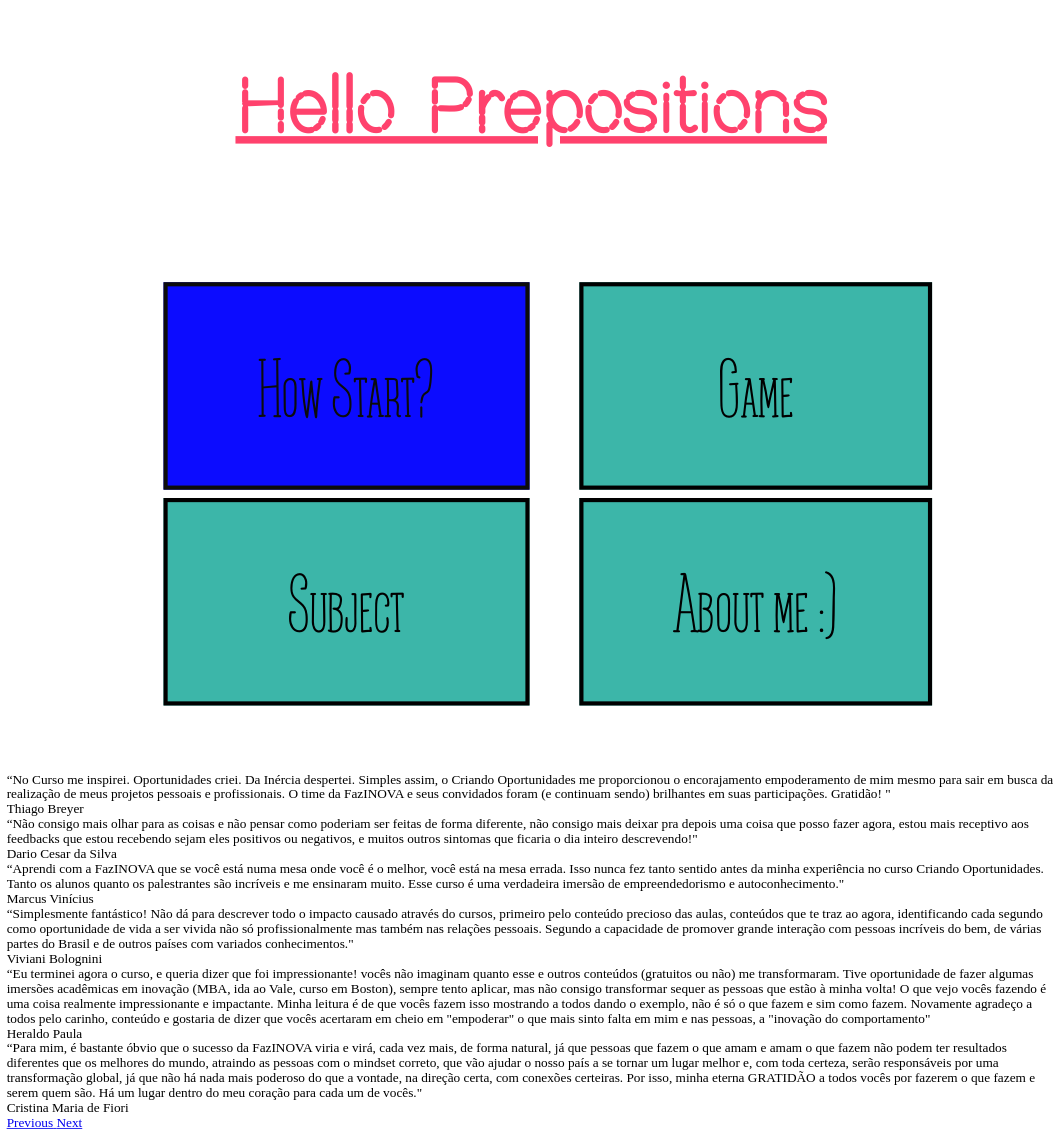
Repository: maraoli/Hello-Prepositions
Page: index.html
The author's editor kept a record of every edit. The page is drawn from the files as they stood at one moment, then again after the next edit.
The browser window is 1280 px wide. The pictures show the whole page, at 83% of full size.
The pointer rests on the first visible `nav ul li`.

Above is the page before.
Console error: ReferenceError: $ is not defined

### index.html
<!DOCTYPE html>
<html>
<head>
    <link rel="stylesheet" type = "text/css" href="style.css"/>
    <script type="text/javascript" src="script.js"></script>
</head>
<body>
    <h1>Hello Prepositions</h1>
    <nav>
        <div id="esquerda">
        <ul>
            <li class="direita">How Start?</li>
            <li>Subject</li>
        </ul>
        </div>
        <div id="direita">
        <ul>
            <li>Game</li>
            <li>About me :)</li>
        </ul>
        </div>
    </nav>

    <div id="carousel-example-generic" class="carousel slide" data-ride="carousel">

        <div class="carousel-inner" role="listbox">
          <div class="item">
            <div class="body">“No Curso me inspirei. Oportunidades criei. Da Inércia despertei. Simples assim, o Criando Oportunidades me proporcionou o encorajamento empoderamento de mim mesmo para sair em busca da realização de meus projetos pessoais e profissionais.  O time da FazINOVA e seus convidados foram (e continuam sendo) brilhantes em suas participações. Gratidão! "</div>
            <div class="name">Thiago Breyer</div>
          </div>
          <div class="item">
            <div class="body">“Não consigo mais olhar para as coisas e não pensar como poderiam ser feitas de forma diferente, não consigo mais deixar pra depois uma coisa que posso fazer agora, estou mais receptivo aos feedbacks que estou recebendo sejam eles positivos ou negativos, e muitos outros sintomas que ficaria o dia inteiro descrevendo!"</div>
            <div class="name">Dario Cesar da Silva</div>
          </div>
          <div class="item">
            <div class="body">“Aprendi com a FazINOVA que se você está numa mesa onde você é o melhor, você está na mesa errada. Isso nunca fez tanto sentido antes da minha experiência no curso Criando Oportunidades. Tanto os alunos quanto os palestrantes são incríveis e me ensinaram muito. Esse curso é uma verdadeira imersão de empreendedorismo e autoconhecimento."</div>
            <div class="name">Marcus Vinícius</div>
          </div>
          <div class="item">
            <div class="body">“Simplesmente fantástico! Não dá para descrever todo o impacto causado através do cursos, primeiro pelo conteúdo precioso das aulas, conteúdos que te traz ao agora, identificando cada segundo como oportunidade de vida a ser vivida não só profissionalmente mas também nas relações pessoais. Segundo a capacidade de promover grande interação com pessoas incríveis do bem, de várias partes do Brasil e de outros países com variados conhecimentos."</div>
            <div class="name">Viviani Bolognini</div>
          </div>
          <div class="item active">
            <div class="body">“Eu terminei agora o curso, e queria dizer que foi impressionante! vocês não imaginam quanto esse e outros conteúdos (gratuitos ou não) me transformaram. Tive oportunidade de fazer algumas imersões acadêmicas em inovação (MBA, ida ao Vale, curso em Boston), sempre tento aplicar, mas não consigo transformar sequer as pessoas que estão à minha volta! O que vejo vocês fazendo é uma coisa realmente impressionante e impactante. Minha leitura é de que vocês fazem isso mostrando a todos dando o exemplo, não é só o que fazem e sim como fazem. Novamente agradeço a todos pelo carinho, conteúdo e gostaria de dizer que vocês acertaram em cheio em "empoderar" o que mais sinto falta em mim e nas pessoas, a "inovação do comportamento"</div>
            <div class="name">Heraldo Paula</div>
          </div>
          <div class="item">
            <div class="body">“Para mim, é bastante óbvio que o sucesso da FazINOVA viria e virá, cada vez mais, de forma natural, já que pessoas que fazem o que amam e amam o que fazem não podem ter resultados diferentes que os melhores do mundo, atraindo as pessoas com o mindset correto, que vão ajudar o nosso país a se tornar um lugar melhor e, com toda certeza, serão responsáveis por uma transformação global, já que não há nada mais poderoso do que a vontade, na direção certa, com conexões certeiras. Por isso, minha eterna GRATIDÃO a todos vocês por fazerem o que fazem e serem quem são. Há um lugar dentro do meu coração para cada um de vocês."</div>
            <div class="name">Cristina Maria de Fiori</div>
          </div>
        </div>

        <a class="left carousel-control" href="#carousel-example-generic" role="button" data-slide="prev">
          <span class="glyphicon glyphicon-chevron-left" aria-hidden="true"></span>
          <span class="sr-only">Previous</span>
        </a>
        <a class="right carousel-control" href="#carousel-example-generic" role="button" data-slide="next">
          <span class="glyphicon glyphicon-chevron-right" aria-hidden="true"></span>
          <span class="sr-only">Next</span>
        </a>
      </div>

</body>
</html>

### style.css
@font-face{
    font-family:"Mahamaya";
    src:url("Mahamaya.otf") format("opentype");
}
@font-face{
    font-family:"Posteratus-Rex-FFP";
    src:url("Posteratus-Rex-FFP.otf") format("opentype");
}

body{
    background: -moz-linear-gradient(bottom, #C0E8D6, #33F5B1 );
}
h1{
    text-align: center;
    color: #FF426D;
    font-size: 600%;
    font-family: Mahamaya;
    text-decoration: underline;
}
nav{
    display: -webkit-flex;
    display: flex;

    -webkit-justify-content: center;
    justify-content: center;

    font-size: 500%;
    text-align: center;
}
nav ul{
}
nav ul li{
    list-style: none;
    margin: 10px;
    padding:110px;
    padding-bottom: 70px;
    padding-top: 70px;
    background: #3CB6A9;
    border: solid black 5px;
    font-family: Posteratus-Rex-FFP;
}
nav ul li:hover{
  opacity: 0.95;
  background-color: blue;
}

### script.js
$(document).ready(function() {
    $("p").click(function(){
        $(this).hide();
    });
   }
);

After the next edit:
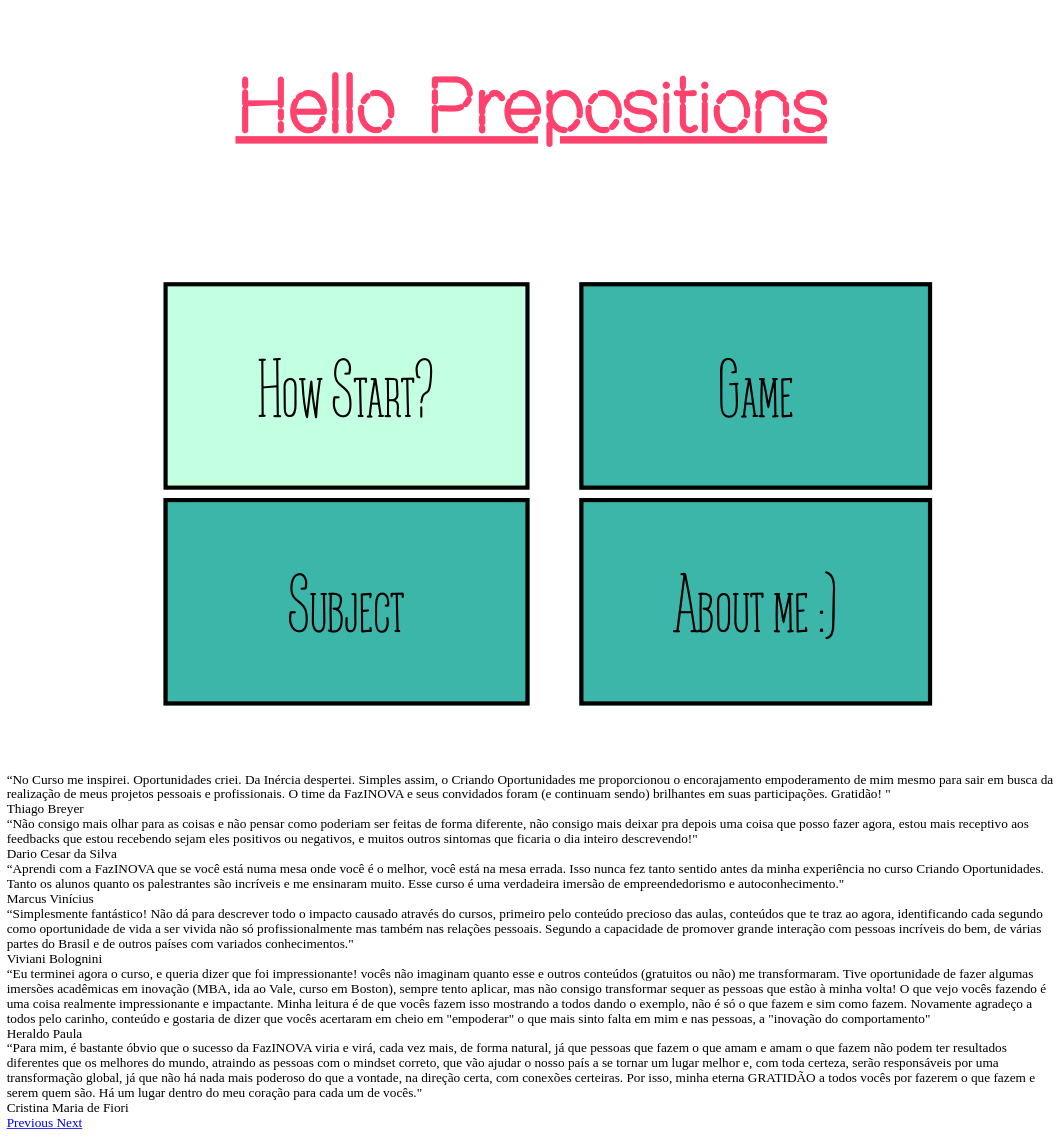
The edit:
--- a/style.css
+++ b/style.css
@@ -40,6 +40,5 @@
     font-family: Posteratus-Rex-FFP;
 }
 nav ul li:hover{
-  opacity: 0.95;
-  background-color: blue;
+  background-color: #C3FFE1;
 }
